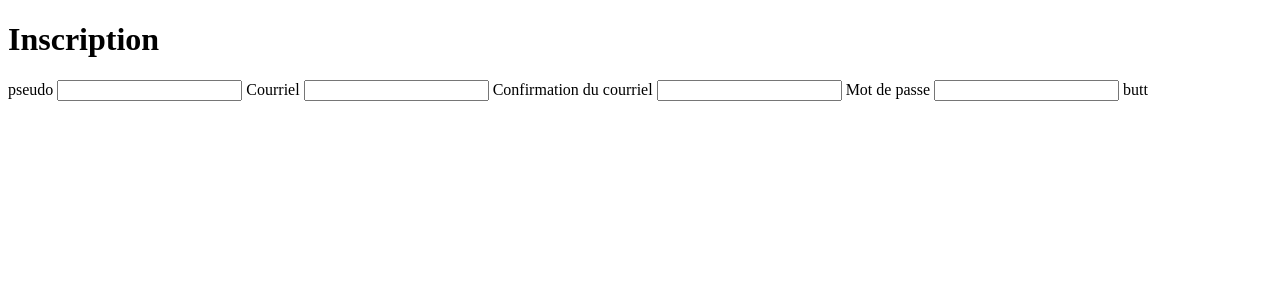
Repository: Yannis699/WW2_forum_project
Page: http://localhost/User/inscription.php
An editor plug-in stored every save of this project. The page is shown before and after a run of saves, followed by the edit.
The browser window is 1280 px wide. The pictures show the whole page.
The page is run by PHP 8.4 with error messages shown; the project is at /var/www/html/. db.php is not in the repository; a stand-in opens the database connection. Other server files are loaded and not shown.

Above is the page before, as saved 2022-05-18 23:39:20.

### User/inscription.php
<?php

require_once('../db.php');


?>

<!DOCTYPE html>
<html lang="en">
<head>
    <meta charset="UTF-8">
    <meta http-equiv="X-UA-Compatible" content="IE=edge">
    <meta name="viewport" content="width=device-width, initial-scale=1.0">
    <title>Inscription</title>
</head>
<body>
    <h1> Inscription</h1>
        <form action="" method="post">
            <label for="pseudo">pseudo</label>
            <input type="text" name="pseudo" id="pseudo">

            <label for="mail">Courriel</label>
            <input type="email" name="mail" id="mail">

            <label for="">Confirmation du courriel</label>
            <input type="email" name="confmail" id="confmail">

            <label for=""> Mot de passe </label>
            <input type="password" name="password" id="">

            butt
        </form>
</body>
</html>

After the next 2 saves:
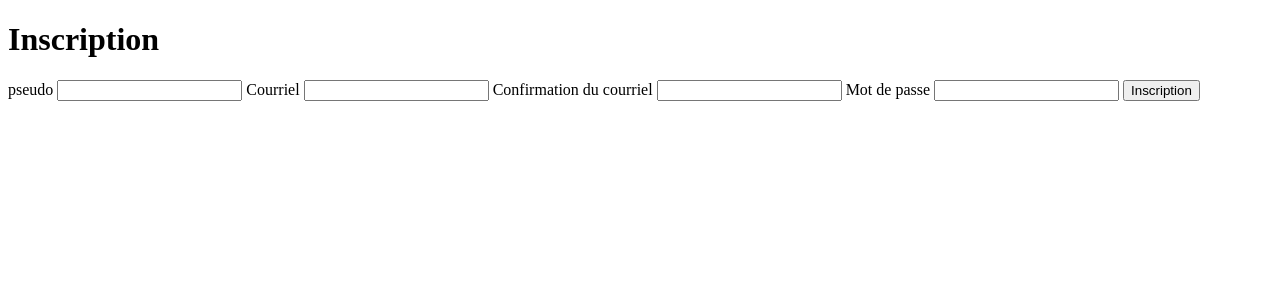
The 2 saves are shown as one change because they came seconds apart.
The last was saved 9 s later.
--- a/User/inscription.php
+++ b/User/inscription.php
@@ -28,7 +28,7 @@ require_once('../db.php');
             <label for=""> Mot de passe </label>
             <input type="password" name="password" id="">
 
-            butt
+            <button type="submit">Inscription</button>
         </form>
 </body>
 </html>
